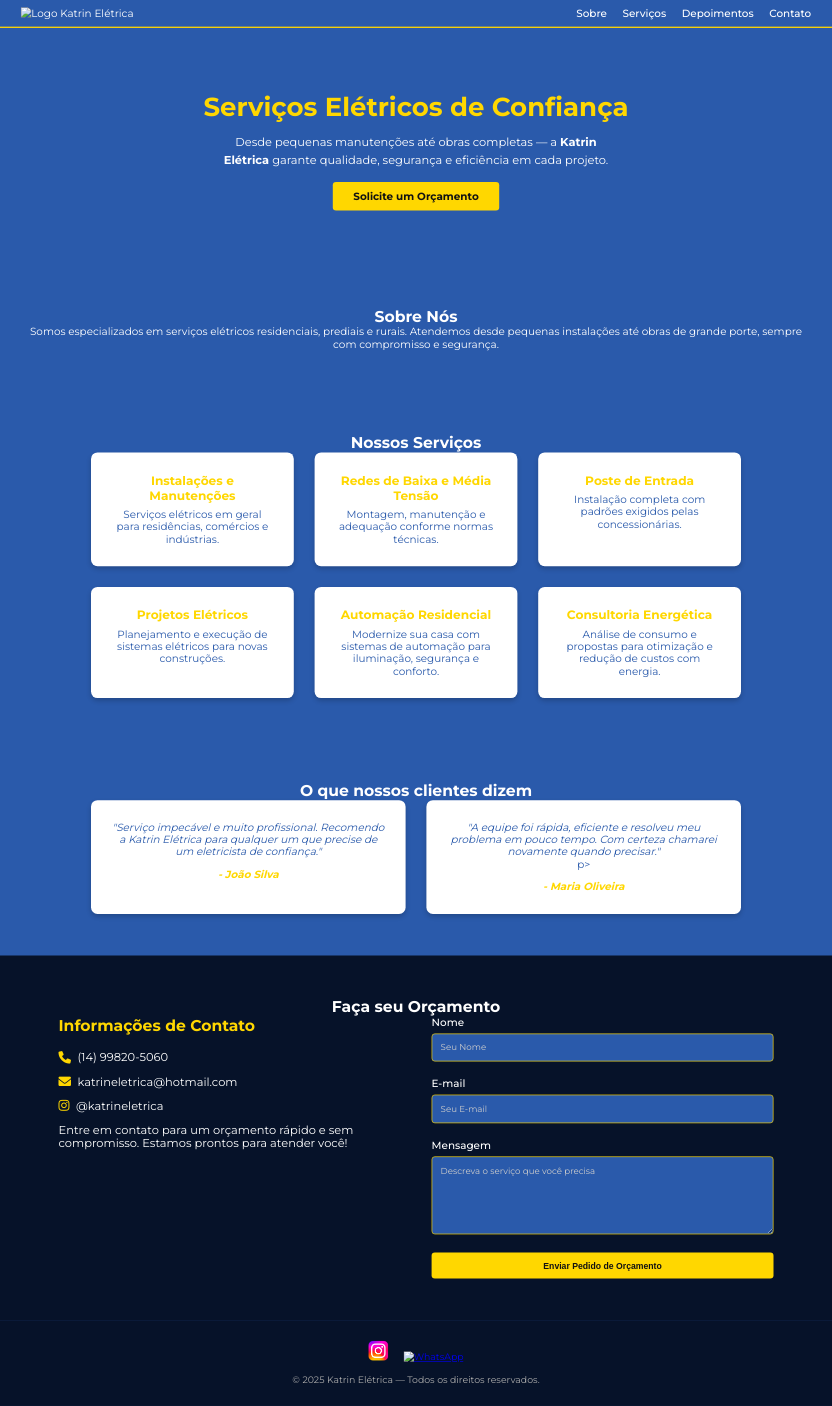
Repository: Jvcamargo1/katrin-site
Page: index.html
An editor plug-in stored every save of this project. The page is shown before and after the next save, followed by the edit.
The browser window is 1280 px wide. The pictures show the whole page, at 65% of full size.

Above is the page before, as saved 2025-11-06 20:22:25.
Not found: logoke.jpg
Not found: wpplogo.png

After the next save:
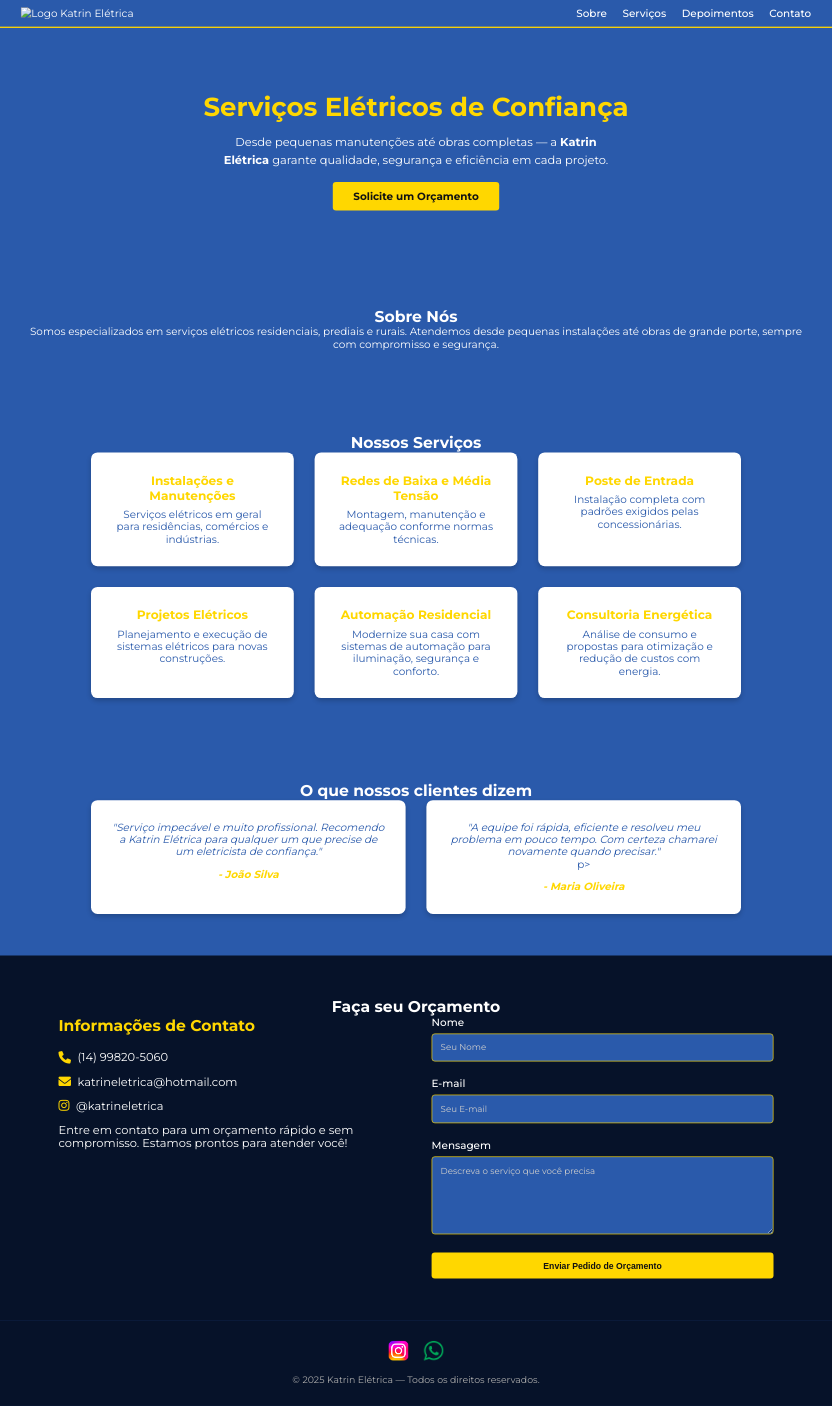
Saved 49 s later.
--- a/index.html
+++ b/index.html
@@ -116,7 +116,7 @@
   <footer>
     <div class="social-links">
       <a href="https://instagram.com/katrineletrica" target="_blank"><img src="instalogo.png" alt="Instagram" class="social-icon"></a>
-      <a href="https://wa.me/5514998205060" target="_blank"><img src="wpplogo.png" alt="WhatsApp" class="social-icon"></a>
+      <a href="https://wa.me/5514998205060" target="_blank"><img src="wpplogov.png" alt="WhatsApp" class="social-icon"></a>
     </div>
     <p>© 2025 Katrin Elétrica — Todos os direitos reservados.</p>
   </footer>
